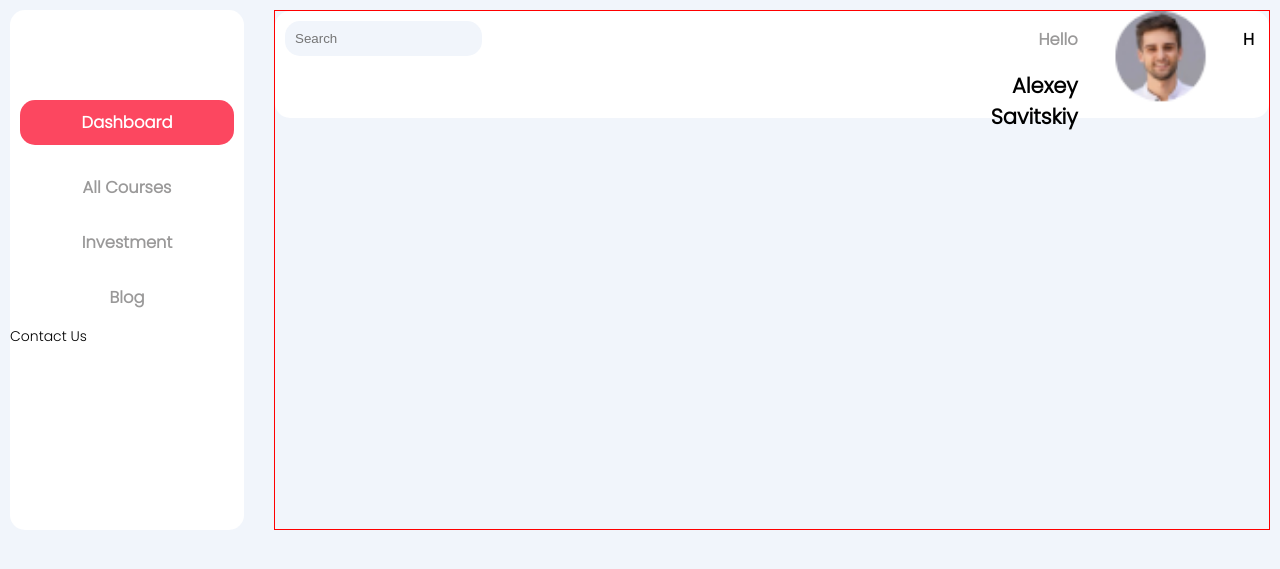
Repository: Anuruddha00/dashboard-design
Page: /
The author's editor kept a copy of each file at every save. The page is drawn from the files as they stood at one save, then again after the next save.
The browser window is 1280 px wide. The pictures show the whole page.
The project was rebuilt for these pictures with package versions that can differ from the ones it lists, and the page was loaded fresh each time.

Above is the page before, as saved 2021-05-07 00:53:11.

### public/index.html
<!DOCTYPE html>
<html lang="en">
  <head>
    <meta charset="utf-8" />
    <link rel="icon" href="%PUBLIC_URL%/favicon.ico" />
    <meta name="viewport" content="width=device-width, initial-scale=1" />
    <meta name="theme-color" content="#000000" />
    <meta
      name="description"
      content="Web site created using create-react-app"
    />
    <link rel="apple-touch-icon" href="%PUBLIC_URL%/logo192.png" />

    <link rel="preconnect" href="https://fonts.gstatic.com">
    <link href="https://fonts.googleapis.com/css2?family=Poppins:wght@300&display=swap" rel="stylesheet">

    <!--
      manifest.json provides metadata used when your web app is installed on a
      user's mobile device or desktop. See https://developers.google.com/web/fundamentals/web-app-manifest/
    -->
    <link rel="manifest" href="%PUBLIC_URL%/manifest.json" />
    <!--
      Notice the use of %PUBLIC_URL% in the tags above.
      It will be replaced with the URL of the `public` folder during the build.
      Only files inside the `public` folder can be referenced from the HTML.

      Unlike "/favicon.ico" or "favicon.ico", "%PUBLIC_URL%/favicon.ico" will
      work correctly both with client-side routing and a non-root public URL.
      Learn how to configure a non-root public URL by running `npm run build`.
    -->
    <title>React App</title>
  </head>
  <body>
    <noscript>You need to enable JavaScript to run this app.</noscript>
    <div id="root"></div>
    <!--
      This HTML file is a template.
      If you open it directly in the browser, you will see an empty page.

      You can add webfonts, meta tags, or analytics to this file.
      The build step will place the bundled scripts into the <body> tag.

      To begin the development, run `npm start` or `yarn start`.
      To create a production bundle, use `npm run build` or `yarn build`.
    -->
  </body>
</html>

### src/index.js
import React from 'react';
import ReactDOM from 'react-dom';
import Dashboard from './containers/Dashboard/Dashboard';
import reportWebVitals from './reportWebVitals';

ReactDOM.render(
  <React.StrictMode>
    <Dashboard />
  </React.StrictMode>,
  document.getElementById('root')
);

// If you want to start measuring performance in your app, pass a function
// to log results (for example: reportWebVitals(console.log))
// or send to an analytics endpoint. Learn more: https://bit.ly/CRA-vitals
reportWebVitals();

### src/containers/Dashboard/Dashboard.js
import React from 'react';
import './Dashboard.scss';

const dashboard = () =>{

    return(
        <div className='container'>
            <div className='dashboard'>
                <div className='dashboardSideBar'>
                   <div className='dashboardSideBarTitle'>
                        <h3 className='dashboardSideBarTitleDashboard'>Dashboard</h3>
                        <h3 className='dashboardSideBarTitleOthers'>All Courses</h3>
                        <h3 className='dashboardSideBarTitleOthers'>Investment</h3>
                        <h3 className='dashboardSideBarTitleOthers'>Blog</h3>
                   </div>
                   <p>Contact Us</p>
                </div>
                <div className='dashboardMenu'>
                    <section className='content'>
                        <nav className='contentNavbar'>
                            <div className='contentNavbarSearch'>
                                <form>
                                    <input type='text' placeholder='Search'/>
                                </form>
                            </div>
                            <div className='contentNavbarProfile'>
                                <div className='contentNavbarProfileName'>
                                    <h3>Hello</h3>
                                    <h2>Alexey Savitskiy</h2>
                                </div>
                                <img src='./assets/Image 9.png'/>
                                <h1>H</h1>
                            </div>
                        </nav>
                   </section>

                   <section>

                   </section>
                </div>
            </div>
        </div>
    )

}
export default dashboard;


{/* <nav className ='navBar'>
                    <div className='navBarContent'>
                        <div className='navBarContentSearch'>
                            <form className='navBarContentSearchField'>
                                <input type='text' placeholder='Search'/>
                            </form>
                        </div>
                        <div className='navBarContentProfile'>
                            <div className='navBarContentProfileName'>
                                <h2>Hello</h2>
                                <h2>Alexey Savitskiy</h2>
                            </div>
                            <img src='./assets/Image 9.png'/>
                            <h1>H</h1>
                        </div>
                    </div>
                </nav> */}

### src/containers/Dashboard/Dashboard.scss

body{
    margin: 0;
    padding: 0;
    font-size: 0.875rem;
    font-family: 'Poppins', sans-serif;

}

.container{
    background: #f1f5fb;
    height: 100vh;

    .dashboard{
        display: grid;
        grid-template-columns: 1fr 4fr;
        gap:10px;
        grid-auto-rows: minmax(100px, auto);

        &SideBar{
            grid-column: 1;
            grid-row: 1 / 6;
            border-radius: 15px;
            background: #ffffff;
            margin: 10px;

            &Title{
                margin-top: 90px;



                &Dashboard{
                    background:#fc4760;
                    border-radius: 15px;
                    text-align: center;
                    padding: 10px 10px 10px 10px;
                    margin: 10px 10px 10px 10px;
                    color: #ffffff;

                }
                &Others{
                    text-align: center;
                    margin-top: 30px;
                    color: #9a9999;
                }
            }
        }
        &Menu{
            border: 1px solid red;
            grid-column: 2;
            grid-row: 1 / 6;
            margin: 10px;

            .content{
                display: grid;
                grid-template-rows:1fr 3fr ;
                gap:10px;

                &Navbar{
                    display: flex;
                    justify-content: space-between;
                    background: #ffffff;
                    border-radius: 15px;

                    &Search{

                        input{
                            background: #f1f5fb;
                            border-style: none;
                            padding:10px;
                            margin: 10px;
                            border-radius: 15px;
                        }
                    }
                    &Profile{
                        display: flex;
                        flex-direction: row;
                        gap: 2em;
                        margin-right: 15px;

                        &Name{
                            text-align: end;

                            h3{
                                color: #9a9999;

                            }
                        }
                    }
                }
            }
        }
    }
}


// .navBar{
//     display: flex;
//     justify-content: end;
//     border: 1px solid #ffffff;
//     background:#ffffff;

//     &Content{
//         display: flex;


//         &Search{

//             &Field{

//             }
//         }
//         &Profile{

//             &Name{

//             }
//             display: flex;
//             gap: 1em;
//         }
//     }
// }

Loaded but not shown: src/reportWebVitals.js (common file)

After the next save:
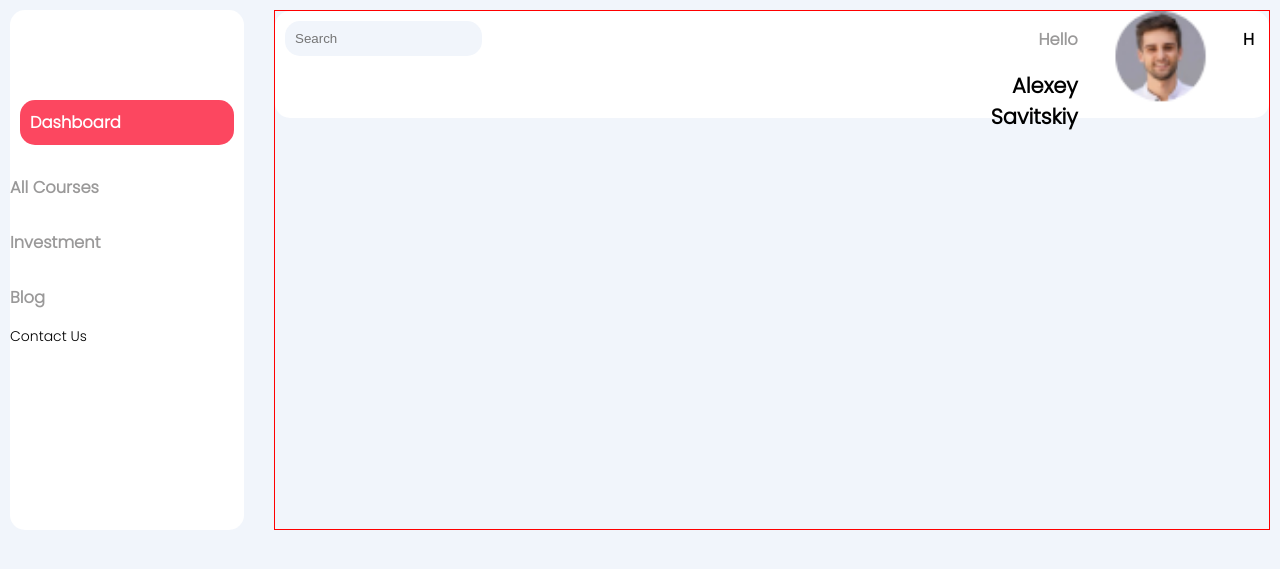
Saved 21 s later.
--- a/src/containers/Dashboard/Dashboard.scss
+++ b/src/containers/Dashboard/Dashboard.scss
@@ -32,14 +32,14 @@ body{
                 &Dashboard{
                     background:#fc4760;
                     border-radius: 15px;
-                    text-align: center;
+
                     padding: 10px 10px 10px 10px;
                     margin: 10px 10px 10px 10px;
                     color: #ffffff;
 
                 }
                 &Others{
-                    text-align: center;
+
                     margin-top: 30px;
                     color: #9a9999;
                 }
